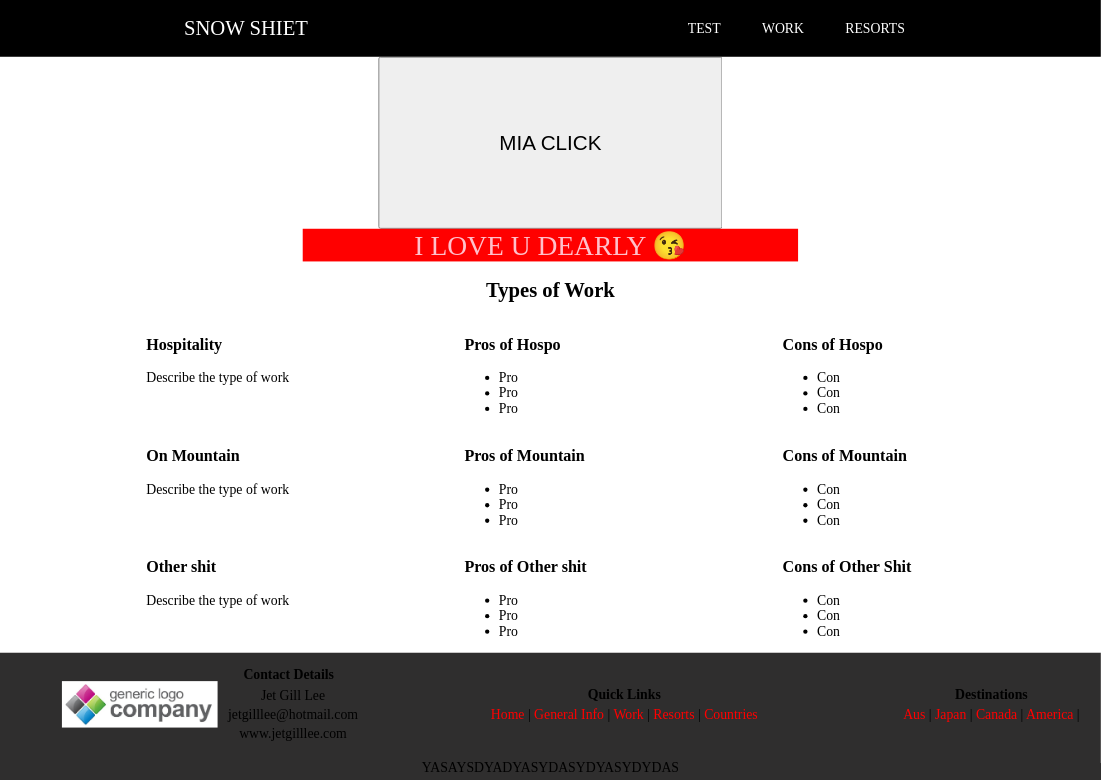
Repository: Jet-Gill-Lee/SnowSite
Page: work-overview.html
An editor plug-in stored every save of this project. The page is shown before and after the next save, followed by the edit.
The browser window is 1280 px wide. The pictures show the whole page, at 86% of full size.

Above is the page before, as saved 2021-07-25 00:14:53.

### work-overview.html
<!DOCTYPE html>
<html lang="en">
<head>
    <meta charset="UTF-8">
    <meta http-equiv="X-UA-Compatible" content="IE=edge">
    <meta name="viewport" content="width=device-width, initial-scale=1.0">
    <link rel="stylesheet" href="css/stylesheet.css">
    <script src='navbar.js' defer></script>
    <title>SnowSite</title>
</head>
<body>
<!-- PAGE HEADER -->

  <!-- TOP NAVIGATION BAR -->
  <div class="navbar">
    <div class="brand-title"><a href='index.html'>SNOW SHIET</a></div>
      <a href='#' class='toggle-button'>
      <span class="bar"></span>
      <span class="bar"></span>
      <span class="bar"></span></a>
    <div class="navbar-links">
      <ul>
        <li><a href="submit-stuff.html">TEST</a></li>
        <li><a href="work-overview.html">WORK</a></li>
        <li><a href="resorts-overview.html">RESORTS</a></li>
      </ul>
    </div>
  </div>
  <button id="brodie-button" style='width:400px;height:200px;margin:auto;display:block;font-size:x-large'>MIA CLICK</button>
  <div class="hero-text" style='font-size:xx-large;display:block;margin:auto;text-align:center;color:pink;background-color:red;'>I LOVE U DEARLY 😘</div>
<!-- MAIN -->
  <div id="page-main">
    <div id="main-info">
      <!-- TYPES OF WORK -->
        <section id="work-section">
        <div id="main-work-div">
            <div class="section-header">
                <h2>Types of Work</h2>
            </div>
            <div class="work-option">
                <div class="work-option-name">
                <h3>Hospitality</h3>
                <p>Describe the type of work</p>
                </div>
                <div class="work-option-pros">
                    <h3>
                        Pros of Hospo
                    </h3>
                    <ul>
                        <li>Pro</li>
                        <li>Pro</li>
                        <li>Pro</li>
                    </ul>
                </div>
                <div class="work-option-cons">
                    <h3>
                        Cons of Hospo
                    </h3>
                    <ul>
                        <li>Con</li>
                        <li>Con</li>
                        <li>Con</li>
                    </ul>
                </div>
            </div>
            <div class="work-option">
                <div class="work-option-name">
                <h3>On Mountain</h3>
                <p>Describe the type of work</p>
                </div>
                <div class="work-option-pros">
                    <h3>
                        Pros of Mountain
                    </h3>
                    <ul>
                        <li>Pro</li>
                        <li>Pro</li>
                        <li>Pro</li>
                    </ul>
                </div>
                <div class="work-option-cons">
                    <h3>
                        Cons of Mountain
                    </h3>
                    <ul>
                        <li>Con</li>
                        <li>Con</li>
                        <li>Con</li>
                    </ul>
                </div>
            </div>
            <div class="work-option">
                <div class="work-option-name">
                <h3>
                    Other shit
                </h3>
                <p>Describe the type of work</p>
                </div>
                <div class="work-option-pros">
                    <h3>
                        Pros of Other shit
                    </h3>
                    <ul>
                        <li>Pro</li>
                        <li>Pro</li>
                        <li>Pro</li>
                    </ul>
                </div>
                <div class="work-option-cons">
                    <h3>
                        Cons of Other Shit
                    </h3>
                    <ul>
                        <li>Con</li>
                        <li>Con</li>
                        <li>Con</li>
                    </ul>
                </div>
            </div>
        </div>
        </section>
      <!-- TYPES OF RESORTS -->
        <section id="resort-info">
          <div id="resorts-main">
          </div>
        </section>
    <!-- FOOTER -->
    <div class="footer">
      <div class='footer-flex-container'>
        <div class="footer-flex-item contact">
          <img src="./image/generic-logo.jpg" alt="" srcset="" style='width:50%'>
          <div class="text-wrapper">
          <h4>Contact Details</h3>
          <p>Jet Gill Lee</p>
          <p>jetgilllee@hotmail.com
          </p>
          <p>www.jetgilllee.com</p>
          </div>
        </div>
        <div class="footer-flex-item flex-gen-links">
          <div class='link-wrapper'>
            <h4>Quick Links</h4>
          <a href="index.html">Home</a> <span> | </span>
          <a href="general-info.html">General Info</a><span> | </span>
          <a href="work-overview.html">Work</a><span> | </span>
          <a href="resorts-overview.html">Resorts</a><span> | </span>
          <a href="country-splash.html">Countries</a>
          </div>
        </div>
        <div class="footer-flex-item flex-links">
          <div class="link-wrapper">
              <h4>Destinations</h4>
            <a href="country.html">Aus</a> <span> | </span>
            <a href="country.html">Japan</a> <span> | </span>
            <a href="country.html">Canada</a> <span> | </span>
            <a href="country.html">America</a> <span> | </span>
          </div>
        </div>
      </div>
      <div class="copyright">YASAYSDYADYASYDASYDYASYDYDAS</div>
</body>
</html>

### css/stylesheet.css
body {
  margin:0;
  padding:0;
}
* {
  box-sizing: border-box;
}
.hero {
  background: url('../image/background-desktop.jpg');
  background-repeat: no-repeat;
  background-size: cover;
  background-position: 50% 0;
  height: 100vh;
}
.navbar {
  display: flex;
  background-color: rgba(0, 0, 0);
  justify-content: space-around;
  align-items: center;
  box-sizing: unset;
}
.brand-title {
  font-size: 1.5rem;
  height: 100%;
}
.brand-title a{
  color: white;
  text-decoration: none;
  padding: 10px;
  display:block;
}
.navbar-links {
  height: 100%;
  align-items: center;
  justify-content: space-around;
}
.navbar-links ul{
  display: flex;
  list-style: none;
  padding: 0;
}
.navbar-links li a {
  padding: 0.5rem 1.5rem;
  text-decoration: none;
  display:block;
  color:white;
}
.navbar-links ul li a:hover {
  background-color: rgba(255, 255, 255, 0.178);
}

.toggle-button {
  display: none;
  flex-direction: column;
  justify-content: space-between;
  width: 30px;
  height: 20px;
  position: absolute;
  top: 1rem;
  right: 1.5rem;
}
.toggle-button .bar {
  width: 100%;
  height: 3px;
  background-color: white;
  border-radius: 10px;
}
.hero-content {
  margin-left: 20%;
  padding-top: 12vh;
}
.hero-text {
  width:45%;
  font-size: 3rem;
  display:none;
}
.hero-text.active {
  display: block;
}
.footer-flex-container {
  display: flex;
  flex-wrap: wrap;
  justify-content: space-between;
}
/* WORK OVERVIEW PAGE */

#main-work-div {
  display:flex;
  flex-direction: column;
  align-items: center;
}
.work-option {
  display: flex;
  width: 100%;
  justify-content: space-evenly;

}
.work-option-name {
  width:200px;
}
.work-option-pros {
  width: 200px;
}
.work-option-cons {
  width: 200px;
}
#main-work-div h2 {
  text-align: center;
  align-self: flex-start;

}

/* FOOTER */
.footer {
  background-color: rgba(14, 13, 13, 0.863);
}
.footer-flex-item {
  min-width: 300px;
  width: 33.3%;
  display:flex;
  align-items: center;
  justify-content: center;
  min-height: 120px;
  text-align: center;
  padding-left: 5%;;
}
.footer-flex-item.flex-links {
 flex: 0.7
}
.footer-flex-item a{
  text-decoration: none;
  color:red;
}
.footer-flex-item a:visited{
  text-decoration: none;
  color: red;
}
.footer-flex-item p {
  padding: 2px;
  margin-bottom: 0;
  margin-top: 0;
  margin-left: 10px;
}
.footer-flex-item h4 {
  margin-top: 0;
  margin-bottom: 5px;
}
.copyright {
  text-align: center;
  width: 100%;
  padding: 5px;

}

@media (max-width: 900px) {
  .hero {
    height: 70vh;
  }
  .navbar-links {
    display:none;
    width: 100%;
  }
  .toggle-button {
    display: flex;
  }
  .hero-content {
    padding-top: 6vh;
  }
  .hero-text {
    position: absolute;
    top: 100px;
    z-index: 1;
  }
  .brand-title {
    padding-left: 20px;
  }
  .navbar {
    flex-direction: column;
    align-items: flex-start;
  }
  .navbar-links ul {
    flex-direction: column;
    align-items: center;
    width: 100%;
  }
  .navbar-links ul li {
    width: 100%;
    text-align: center;
  }
  .navbar-links.active {
    display: flex;
    z-index: 10;
  }
  .footer-flex-container{
    flex-wrap: wrap;
    justify-content: center;
  }
  .footer-flex-item.contact {
    order: 3;
  }
}
@media (max-width: 400px) {
 .hero {
   height: 50vh;
 }
 .hero-content {
   margin: 20px;
 }
 .hero-text {
   padding-top: 10px;
   top: 50px;
   width: 80%;
   word-wrap: break-word;
 }
}

### navbar.js
const toggleButton = document.getElementsByClassName('toggle-button')[0];
const navBarLinks = document.getElementsByClassName('navbar-links')[0];

toggleButton.addEventListener('click', () => {
  navBarLinks.classList.toggle('active')
});


const brodieButton = document.getElementById('brodie-button');
const brodieBitch = document.getElementsByClassName('hero-text')[0]
brodieButton.addEventListener('click', () => {
  brodieBitch.classList.toggle('active')
});

After the next save:
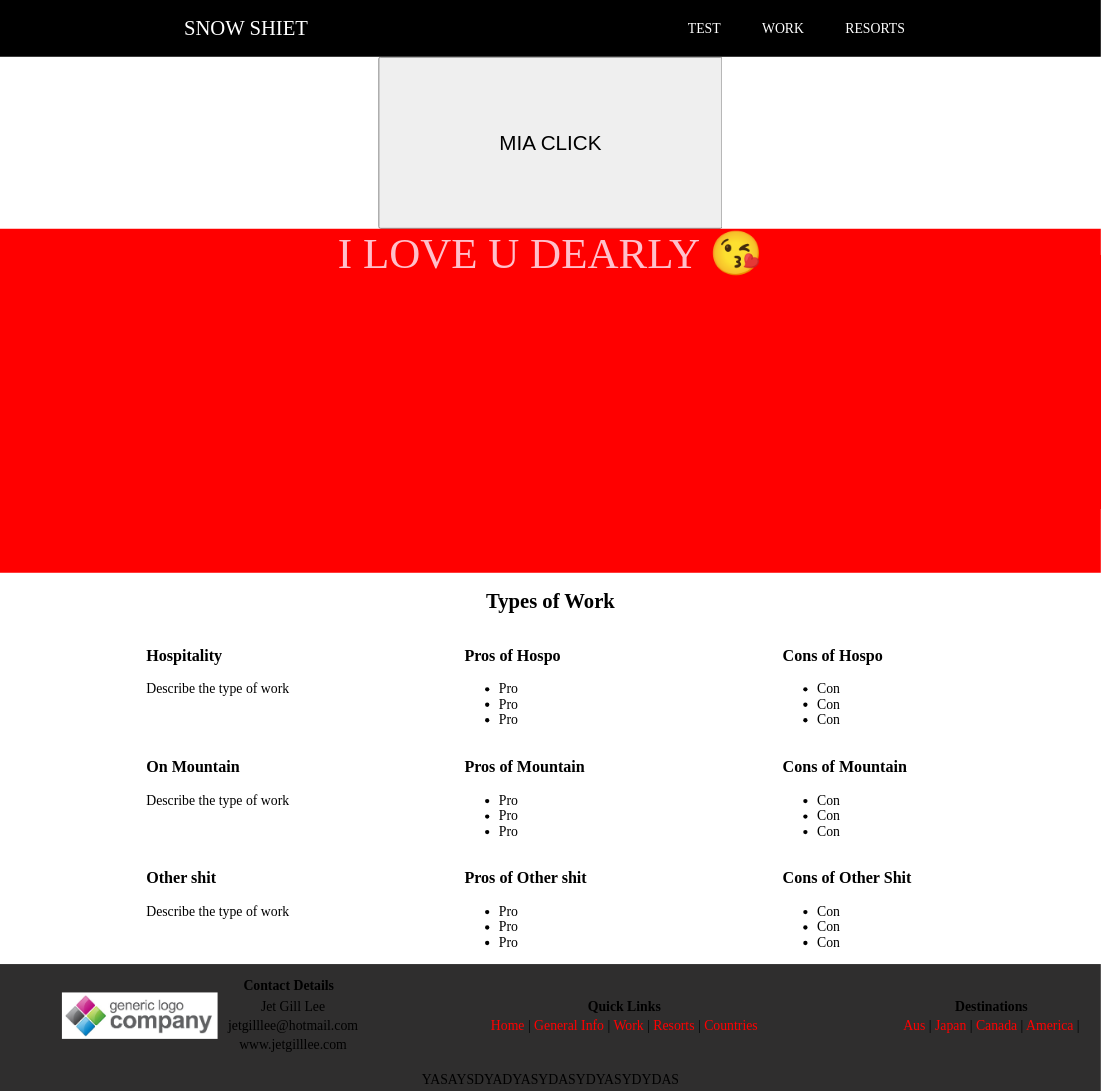
Saved 24 s later.
--- a/work-overview.html
+++ b/work-overview.html
@@ -27,7 +27,7 @@
     </div>
   </div>
   <button id="brodie-button" style='width:400px;height:200px;margin:auto;display:block;font-size:x-large'>MIA CLICK</button>
-  <div class="hero-text" style='font-size:xx-large;display:block;margin:auto;text-align:center;color:pink;background-color:red;'>I LOVE U DEARLY 😘</div>
+  <div class="hero-text" style='width:100%;height:400px;font-size:50px;display:block;margin:auto;text-align:center;color:pink;background-color:red;'>I LOVE U DEARLY 😘</div>
 <!-- MAIN -->
   <div id="page-main">
     <div id="main-info">
